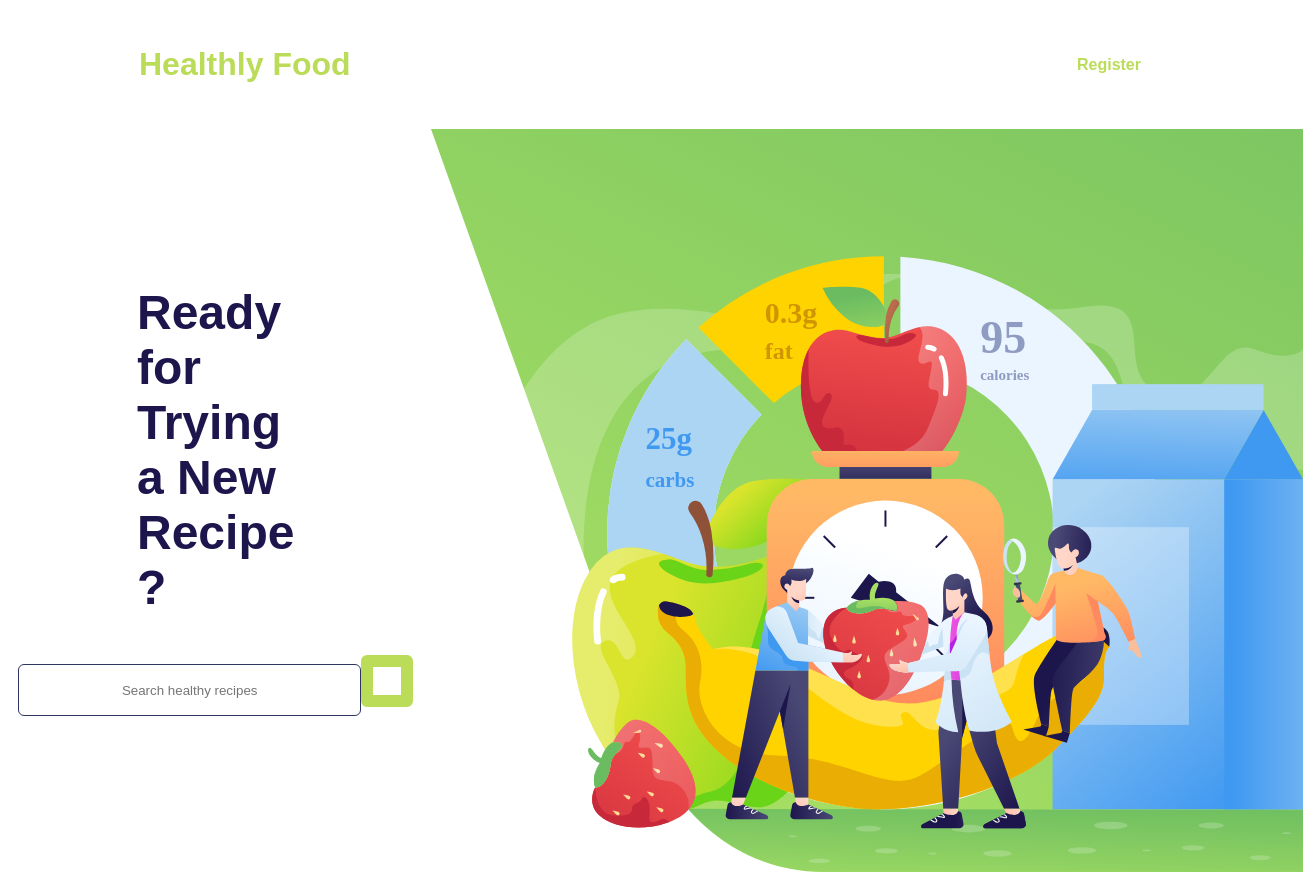
Repository: LuccaCasalecchi/HealthyFood
Page: /
An editor plug-in stored every save of this project. The page is shown before and after a run of saves, followed by the edit.
The browser window is 1280 px wide. The page is 1303 px wide, so the pictures cover 1303 px, including what lies to the right of the window. The pictures show the whole page.
The project was rebuilt for these pictures with package versions that can differ from the ones it lists, and the page was loaded fresh each time.

Above is the page before, as saved 2021-08-17 21:46:22.

### src/App.js
import React from 'react'
import LandingPage from './pages/LandingPage/LandingPage';

function App() {
  return (
    <div className="App">
      <LandingPage/>
    </div>
  );
}

export default App;

### src/pages/LandingPage/LandingPage.jsx
import React from "react";
import Header from "../../components/Header/Header";
import Illustration from "../../images/Illustration.svg";
import Input from "../../components/Input/Input";
import "./LandingPage.css";

export default function LandingPage() {
  return (
    <div className="components-container">
      <Header />
      <div className="search-recipes">
        <div className="subtitle">
          <h2>
            Ready for
            <br />
            Trying a New
            <br />
            Recipe ?
          </h2>
          <div className="input-container">
          <Input/>
          </div>
        </div>
        <img src={Illustration} alt="" />
      </div>
    </div>
  );
}

### src/components/Header/Header.jsx
import React from 'react'
import './Header.css'

export default function Header() {
  return (
    <div className="header-container">
        <a href="#" className="logo">Healthly Food</a>
        <a href="#" className="register">Register</a>
    </div>
  )
}

### src/components/Input/Input.jsx
import React from 'react'
import './Input.css'

export default function Input() {
  return (
    <div className="input-container">
      <input
      type="text"
      placeholder="Search healthy recipes"/>

      <button></button>
    </div>
  )
}

### src/pages/LandingPage/LandingPage.css
* {
  margin: 0;
  padding: 0;
  box-sizing: border-box;
  font-family: sans-serif;
}

.search-recipes {
  display: flex;
  justify-content: space-between;
  align-items: center;
}

.subtitle {
  display: flex;
  justify-content: center;
  align-items: center;
  flex-direction: column;
}

.subtitle h2 {
  font-size: 48px;
  color: #1d164d;
  text-align: left;
  padding: 0px 137px 40px;
}

### src/components/Header/Header.css
.header-container{
  display: flex;
  justify-content: space-between;
  align-items: center;
  padding: 46px 0;
}

.header-container a {
  text-decoration: none;
  color: #BADC58;
  font-weight: 700;
  padding: 0 139px;
}

.header-container .logo{
  font-size: 32px;

}

.header-container .register{
  font-size: 16px;

}

### src/components/Input/Input.css
input{
  width: 343px;
  height: 52px;
  border-radius: 6px;
  border: 1px solid #2D3561;
  text-align: center;
}

button{
  width: 52px;
  height: 52px;
  background-color: white;
  border: 12px solid #BADC58;
  border-radius: 6px;

}

Loaded but not shown: public/index.html (common file); src/index.js (common file)

After the next 2 saves:
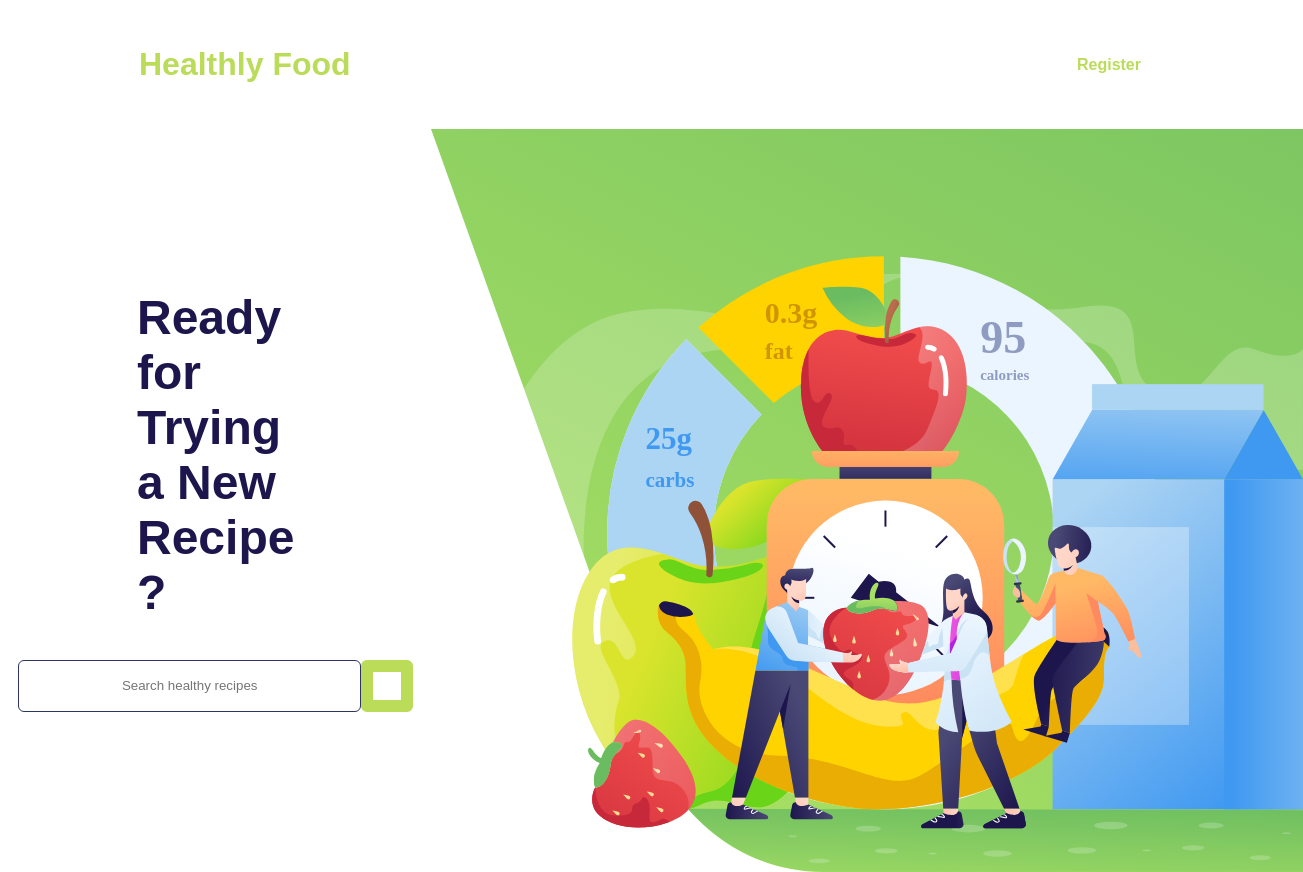
The 2 saves are shown as one change because they came seconds apart.
The last was saved 44 s later.
--- a/src/components/Input/Input.css
+++ b/src/components/Input/Input.css
@@ -1,3 +1,7 @@
+.input-container{
+  display: flex;
+}
+
 input{
   width: 343px;
   height: 52px;
